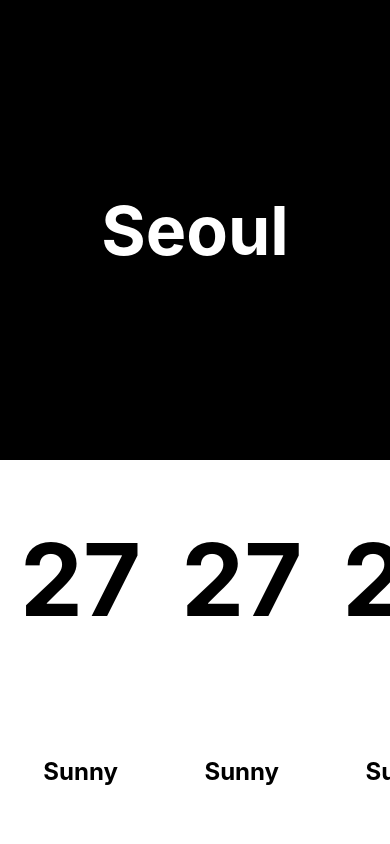
Repository: NewTurn2017/React-Native-Weather-App
Screen: /
An editor plug-in stored every save of this project. The screen is shown before and after a run of saves, followed by the edit.
The app was drawn by React Native's web renderer in a window 390 px wide. The project was rebuilt for these pictures with package versions that can differ from the ones it lists, and the page was loaded fresh each time.

Above is the screen before, as saved 2023-04-21 11:03:41.

After the next 2 saves:
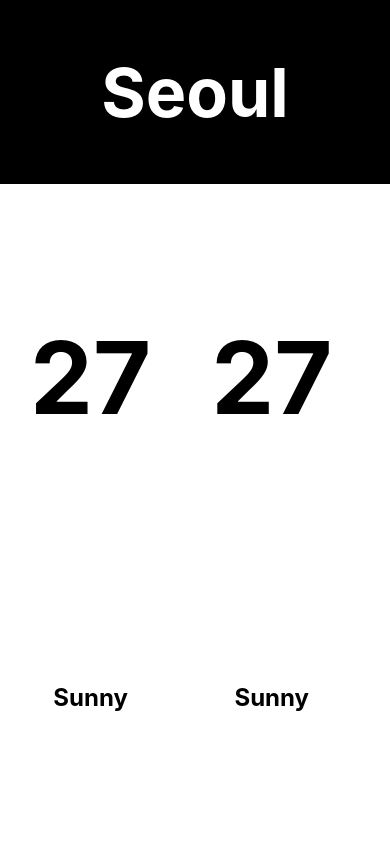
The 2 saves are shown as one change because 1 did not build or start.
The last was saved 2 min 0 s later.
--- a/App.js
+++ b/App.js
@@ -51,13 +51,14 @@ const styles = StyleSheet.create({
     justifyContent: 'center',
   },
   weather: {
-    flex: 3,
+    height: '60%',
     backgroundColor: 'white',
   },
   day: {
     justifyContent: 'space-around',
     alignItems: 'center',
     paddingHorizontal: 20,
+    margin: 10,
   },
   temp: {
     color: 'black',
